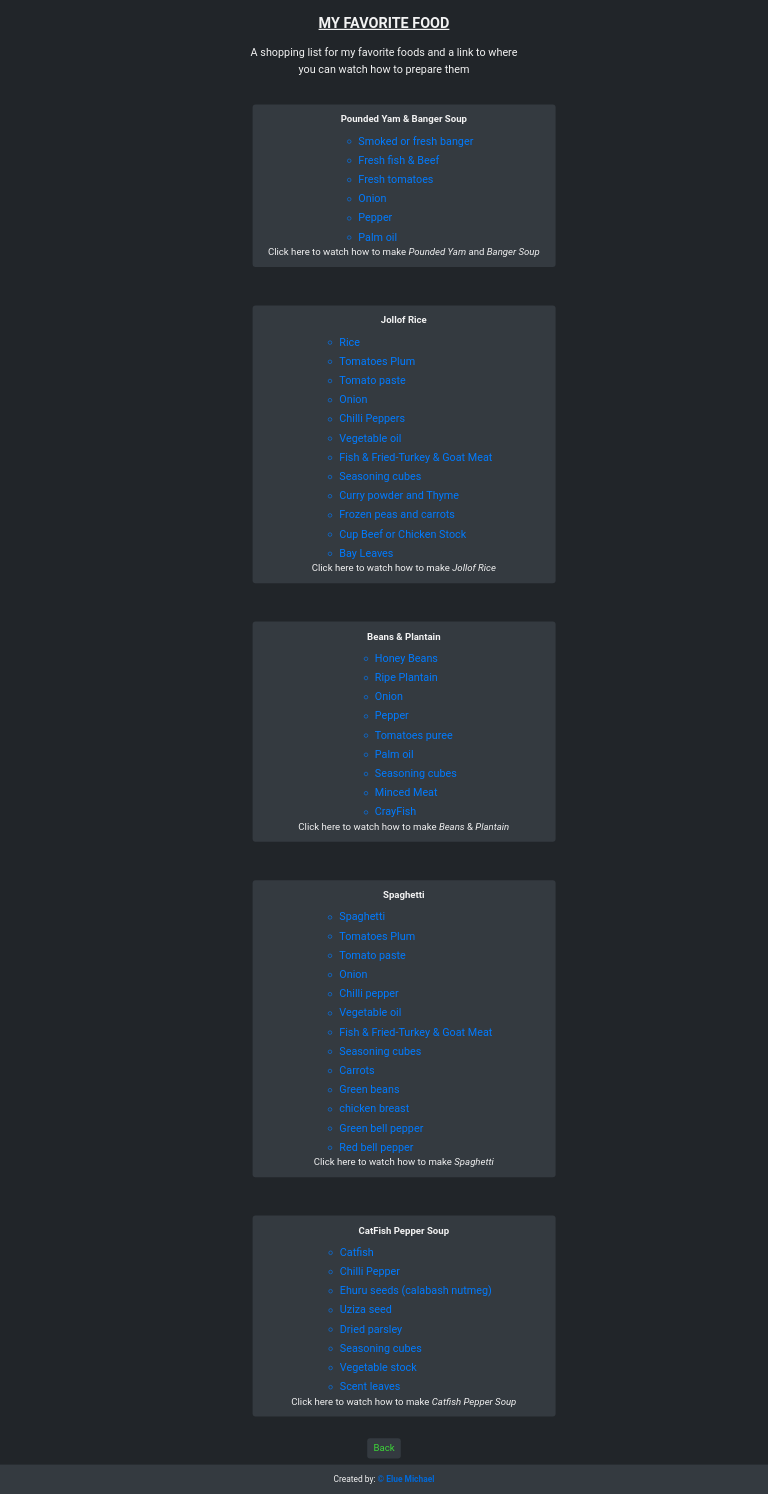
Repository: MikkyPrestige/html-website
Page: pages/food.html
These files come from the project's save history. The page is drawn as it stood at one moment and after the next save; the edit follows.
The browser window is 1280 px wide. The pictures show the whole page, at 60% of full size.

Above is the page before, as saved 2023-04-29 14:43:21.

After the next save:
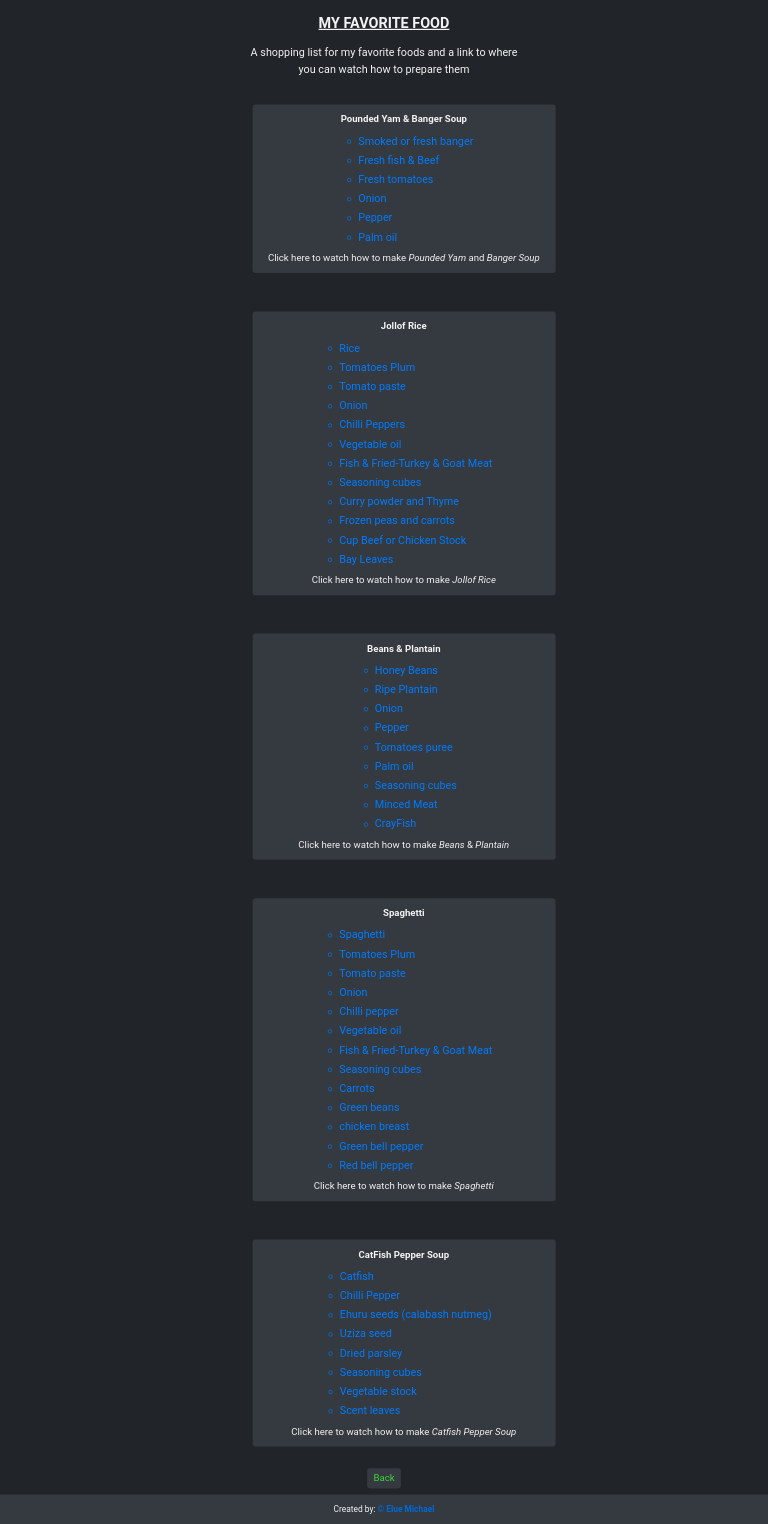
Saved 58 s later.
--- a/index.css
+++ b/index.css
@@ -238,12 +238,17 @@
   flex-direction: column;
   justify-content: center;
   gap: 5px;
-  margin-top: 10px;
+  margin: 10px;
 }
 
 .food-item {
   color:#007bff;
   font-size: 18px;
+}
+
+.food-item:hover {
+  color: #f3f3f3;
+  text-decoration: underline;
 }
 
 .food-link {
